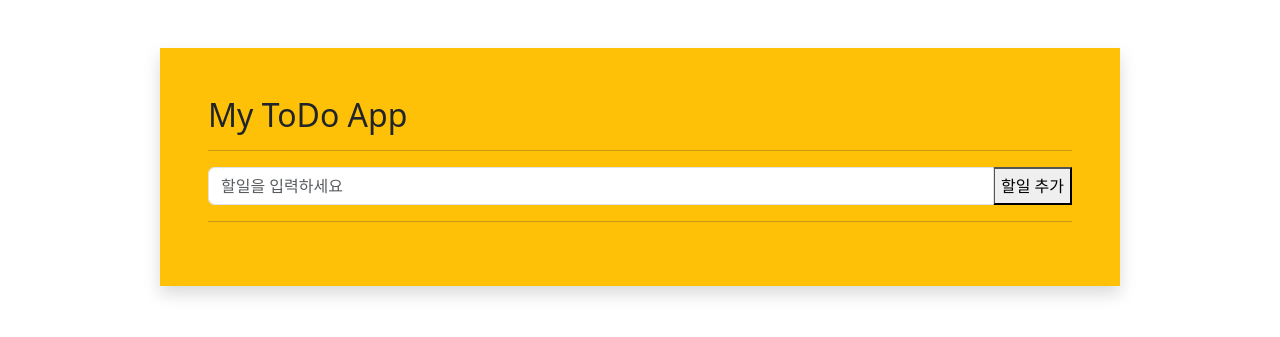
Repository: gold9387/jwbook
Page: jwbook/src/main/webapp/ch03/todoapp.html
The author's editor kept a copy of each file at every save. The page is drawn from the files as they stood at one save, then again after the next save.
The browser window is 1280 px wide. The pictures show the whole page.

Above is the page before, as saved 2023-06-05 11:51:11.

### jwbook/src/main/webapp/ch03/todoapp.html
<!DOCTYPE html>
<html>
<head>
<meta charset="UTF-8">
<title>실습 3-2</title>
<link
	href="https://cdn.jsdelivr.net/npm/bootstrap@5.3.0/dist/css/bootstrap.min.css"
	rel="stylesheet"
	integrity="sha384-9ndCyUaIbzAi2FUVXJi0CjmCapSmO7SnpJef0486qhLnuZ2cdeRhO02iuK6FUUVM"
	crossorigin="anonymous">
</head>
<body>
	<div class="container bg-warning shadow mx-auto mt-5 p-5 w-75">
		<h2>My ToDo App</h2>
		<hr />
		<div class="input-group">
			<input id="item" class="form-control" type="text" placeholder="할일을 입력하세요" />
			<button type="button" onClick="addItem()">할일 추가</button>
		</div>
		<hr />
		<ul id="todolist"></ul>
	</div>
</body>
</html>

After the next save:
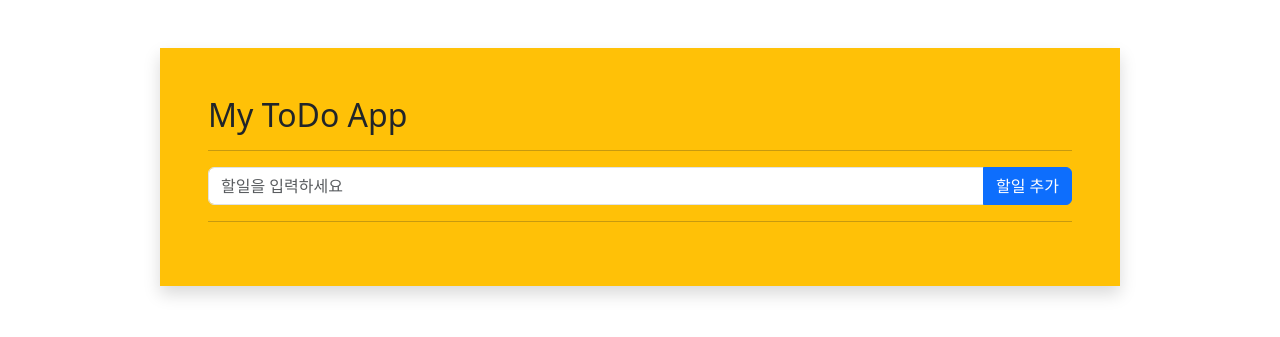
Saved 20 s later.
--- a/jwbook/src/main/webapp/ch03/todoapp.html
+++ b/jwbook/src/main/webapp/ch03/todoapp.html
@@ -15,7 +15,7 @@
 		<hr />
 		<div class="input-group">
 			<input id="item" class="form-control" type="text" placeholder="할일을 입력하세요" />
-			<button type="button" onClick="addItem()">할일 추가</button>
+			<button type="button" class="btn btn-primary" onClick="addItem()">할일 추가</button>
 		</div>
 		<hr />
 		<ul id="todolist"></ul>
